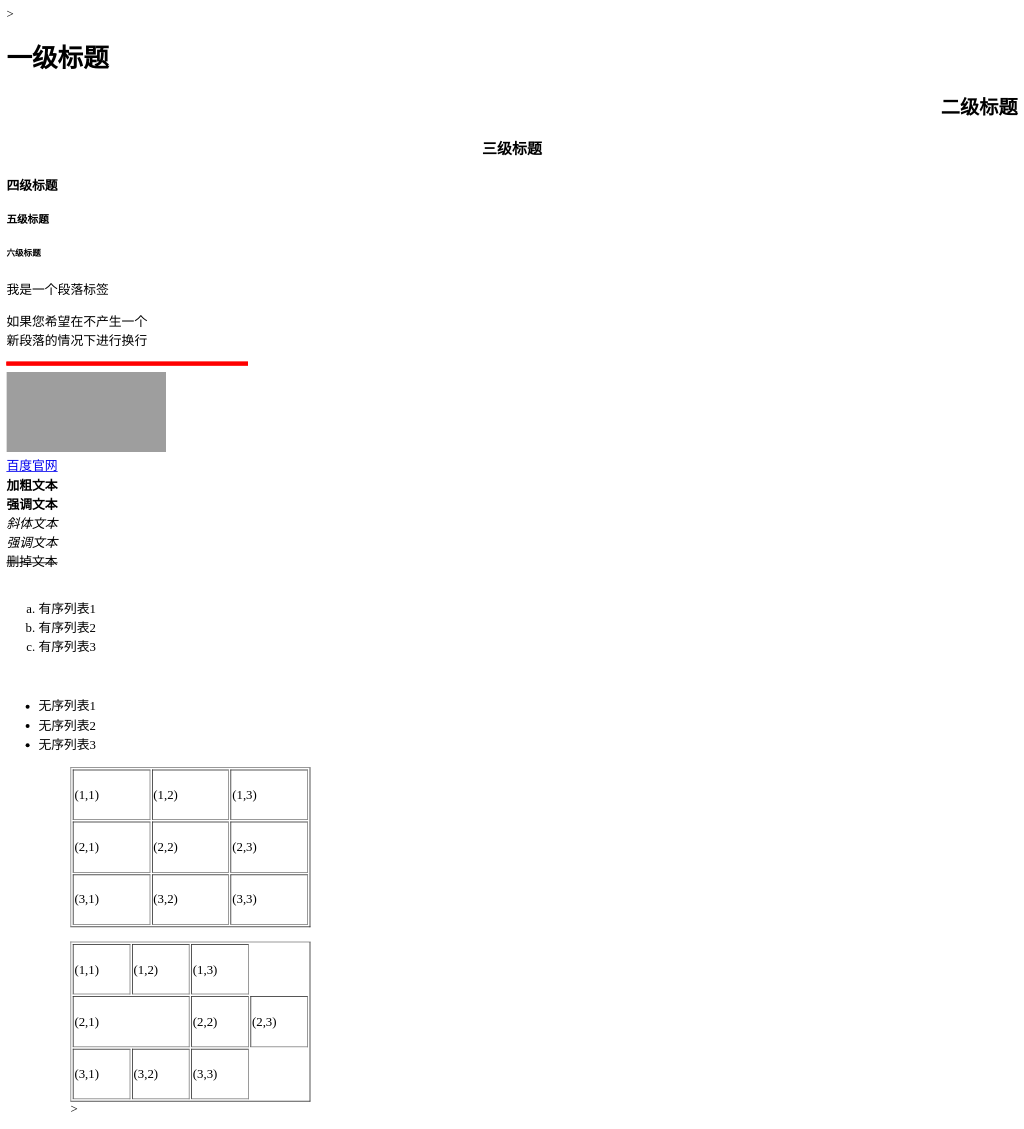
Repository: yuanliumaker/html-css-js
Page: hello.html
These files come from the project's save history. The page is drawn as it stood at one moment and after the next save; the edit follows.
The browser window is 1280 px wide. The pictures show the whole page, at 80% of full size.
Pictures or frames that could not be fetched are drawn as grey boxes.

Above is the page before, as saved 2025-08-29 10:56:26.

### hello.html
<!DOCTYPE html>
<html lang="en">
<head>
    <meta charset="UTF-8">
    <meta name="viewport" content="width=device-width, initial-scale=1.0">
    <title>Document</title>
</head>
<body>
    <!--标题-->>
    <h1 align="left">一级标题</h1>
    <h2 align="right">二级标题</h2>
    <h3 align="center">三级标题</h3>
    <h4>四级标题</h4>
    <h5>五级标题</h5>
    <h6>六级标题</h6>
    <!--段落-->
    <!-- br表示换行 hr表示水平线 width属性表示水平线的宽度 size 表示线的高度 -->
    <p>我是一个段落标签</p>
    <p>如果您希望在不产生一个<br>新段落的情况下进行换行</p>
    <hr color="red" width="300px" size="5px" align="left">
    <!--img 图片 src:图片路径 widht 图片宽度 height 高度-->
    <img src="https://www.runoob.com/wp-content/uploads/2014/04/html-logo.png" alt="这是图片无法显示时的替代文字" title="鼠标悬停时显示的文字" width="200px" height="100px">

    <br>
    <!---超文本链接
    使用标签<a>来设置超文本链接 href属性表示链接的地址-->
    <a href="https://www.baidu.com">百度官网</a>

    <!--文本-->
    <br>
        <b>加粗文本</b><br>
        <strong>强调文本</strong><br>
        <i>斜体文本</i><br>
        <em>强调文本</em><br>
        <del>删掉文本</del><br>
    <!--列表:外面用ol包裹，每一条用li-- 且有属性type 1 a A i I--和latex 列表可以嵌套-->
    <br>
    <ol type="a">
        <li>有序列表1</li>
        <li>有序列表2</li>
        <li>有序列表3</li>
    </ol>
    <br>
    <!--无序列表-- type属性 disc：默认实心圆 circle：空心圆 square：方块 none:无-->
    <ul >
        <li>无序列表1</li>
        <li>无序列表2</li>
        <li>无序列表3</li>
    <ul>



    <!--表格 tr：行 td:列 border:设置表格的边框 width:设置表格宽度 height:表格高度-->
    <br>
    <table border="1" width="300px" height="200px">
        <tr>
            <td>(1,1)</td>
            <td>(1,2)</td>
            <td>(1,3)</td>
        </tr>
        <tr>
            <td>(2,1)</td>
            <td>(2,2)</td>
            <td>(2,3)</td>
        </tr>
        <tr>
            <td>(3,1)</td>
            <td>(3,2)</td>
            <td>(3,3)</td>
        </tr>
    </table>



    <!--表格之合并 rowspan:合并行 colspan:列合并 如colspan="2"表示合并2个单元格-->
    <br>
    <table border="1" width="300px" height="200px">
        <tr>
            <td>(1,1)</td>
            <td>(1,2)</td>
            <td>(1,3)</td>
        </tr>
        <tr>
            <td colspan="2">(2,1)</td>
            <td>(2,2)</td>
            <td>(2,3)</td>
        </tr>
        <tr>
            <td>(3,1)</td>
            <td>(3,2)</td>
            <td>(3,3)</td>
        </tr>
    </table>

    <!--表单，表单在web 网页中用来给用户填写信息，从而能采用用户信息，使网页具有交互的功能
    所有的用户输入内容的地方都是用表单来填写，如登录注册、搜索框等-->
    <!--表单是由容器和控件组成的，一个表单一般应该包含用户填写信息的输入框，按钮等，这些输入
    框，按钮叫做空间，表单就是容器，他能够容纳各种各样的控件-->
    <!--action:服务器地址 method:数据发送方式 post/get  name:表单名称-->>
    <form action="",method="get",name="form1">
    </form>

</body>
</html>

After the next save:
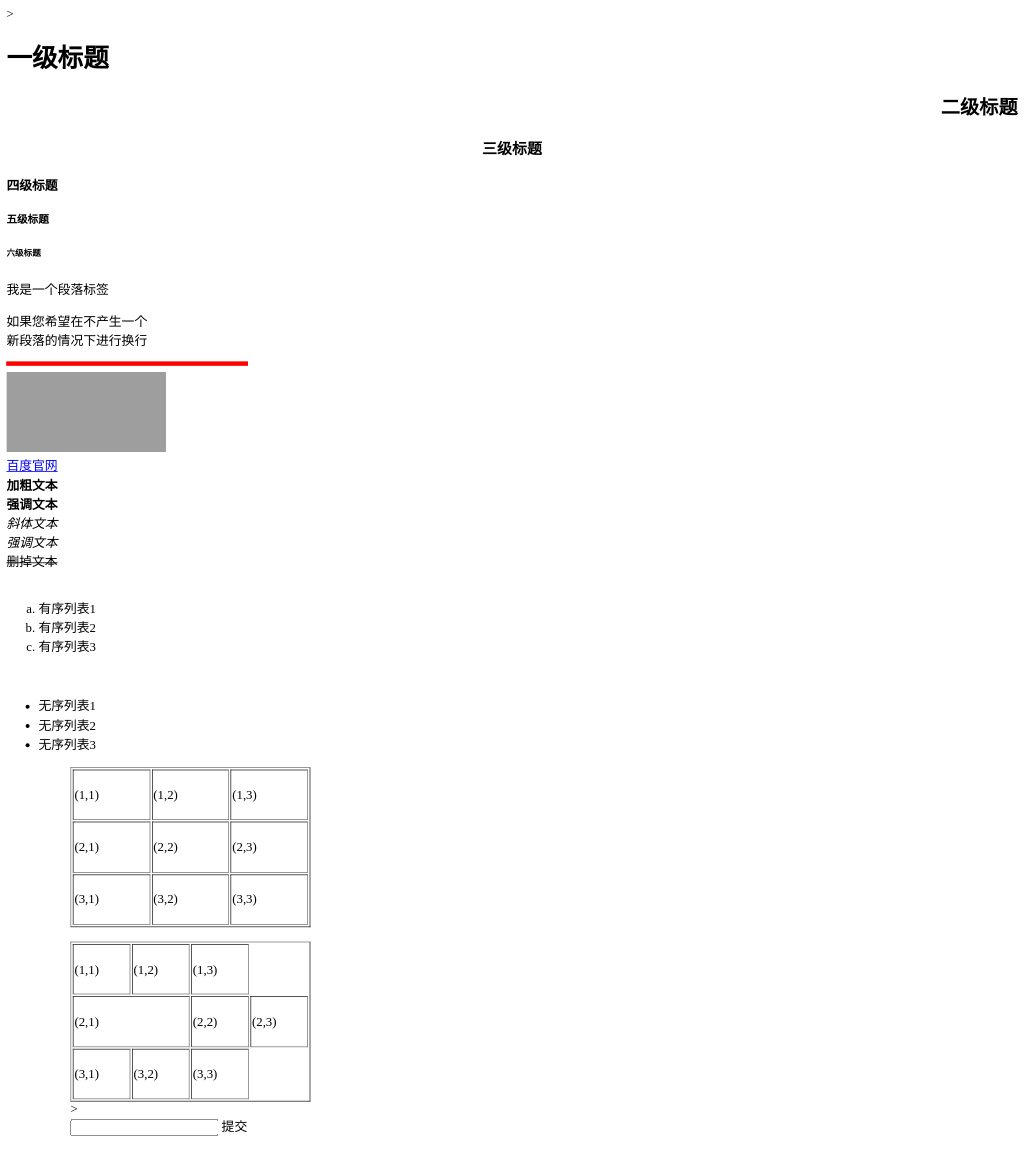
Saved 5 min 4 s later.
--- a/hello.html
+++ b/hello.html
@@ -98,6 +98,8 @@
     框，按钮叫做空间，表单就是容器，他能够容纳各种各样的控件-->
     <!--action:服务器地址 method:数据发送方式 post/get  name:表单名称-->>
     <form action="",method="get",name="form1">
+        <input>
+        <buton>提交</buton>
     </form>
 
 </body>
